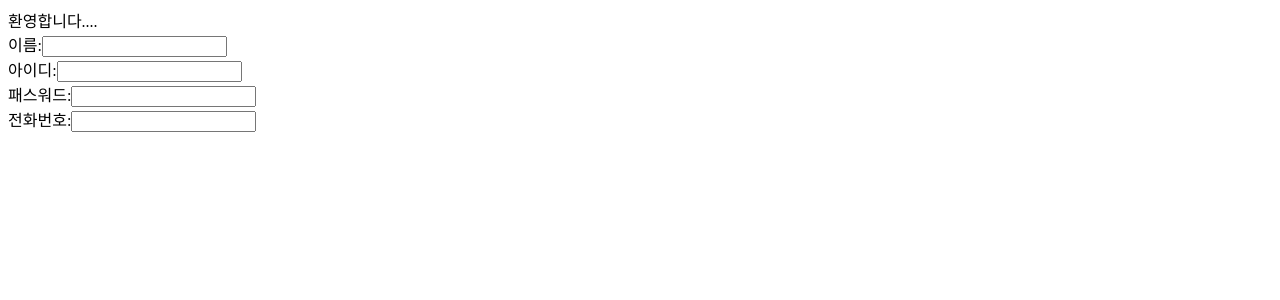
Repository: Yusubin/workEx
Page: spring00/src/main/webapp/index.html
An editor plug-in stored every save of this project. The page is shown before and after the next save, followed by the edit.
The browser window is 1280 px wide. The pictures show the whole page.

Above is the page before, as saved 2022-02-14 04:06:30.

After the next save:
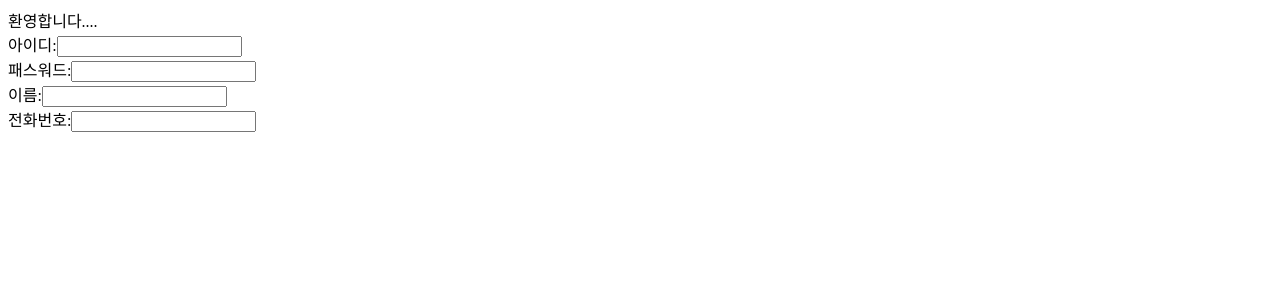
Saved 4 s later.
--- a/spring00/src/main/webapp/index.html
+++ b/spring00/src/main/webapp/index.html
@@ -8,9 +8,10 @@
 		환영합니다....
 
 	<form action="">
-	이름:<input type="text" name="name"><br>
+
 	아이디:<input type="text" name="id"><br>
 	패스워드:<input type="text" name="pw"><br>
+	이름:<input type="text" name="name"><br>
 	전화번호:<input type="text" name="tel"><br>
 
 
